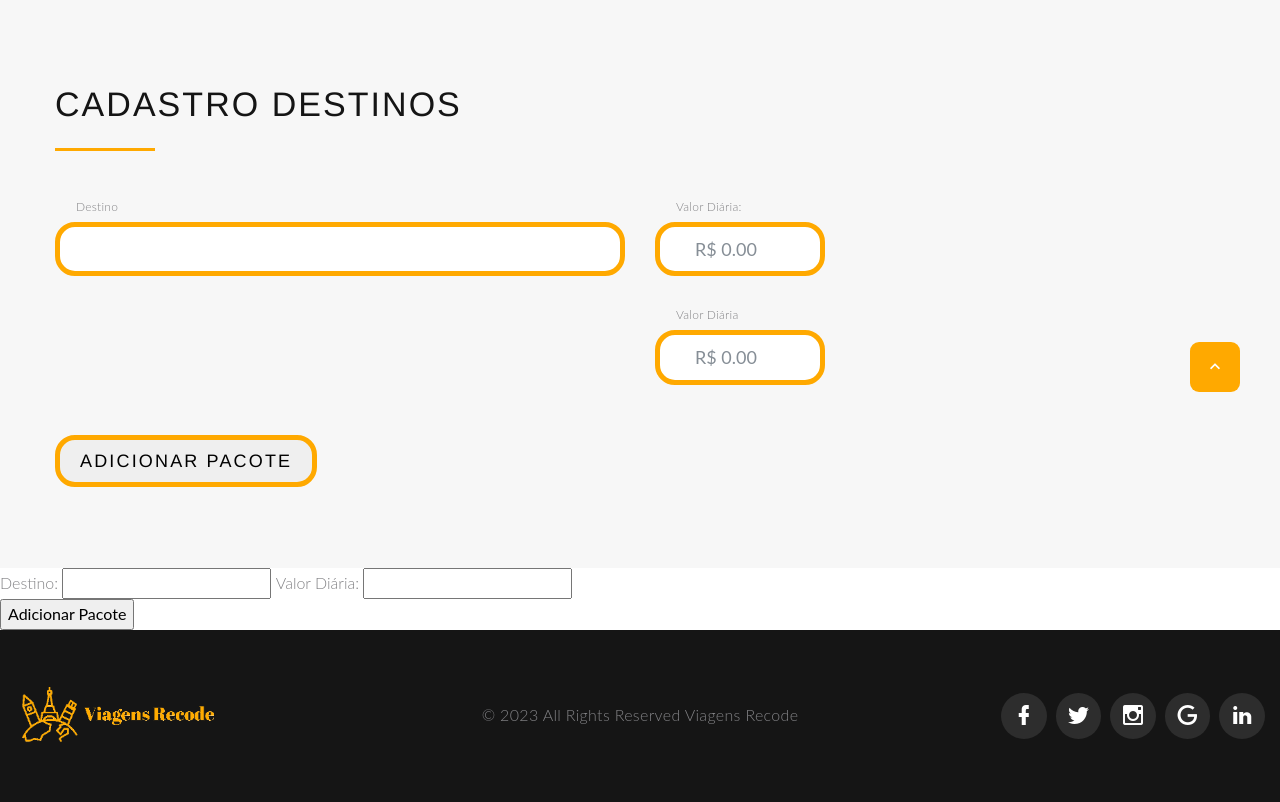
Repository: LiraS23/RecodePro2023-Modulo-4
Page: java/Modulo4/src/main/webapp/destinos.html
An editor plug-in stored every save of this project. The page is shown before and after the next save, followed by the edit.
The browser window is 1280 px wide. The pictures show the part of the page from y = 388 to 1190 px (the page is 1190 px tall before and 1165 px after).
Some web fonts or font styles are not loaded; a fallback is used.

Above is the page before, as saved 2023-10-28 16:27:35.

After the next save:
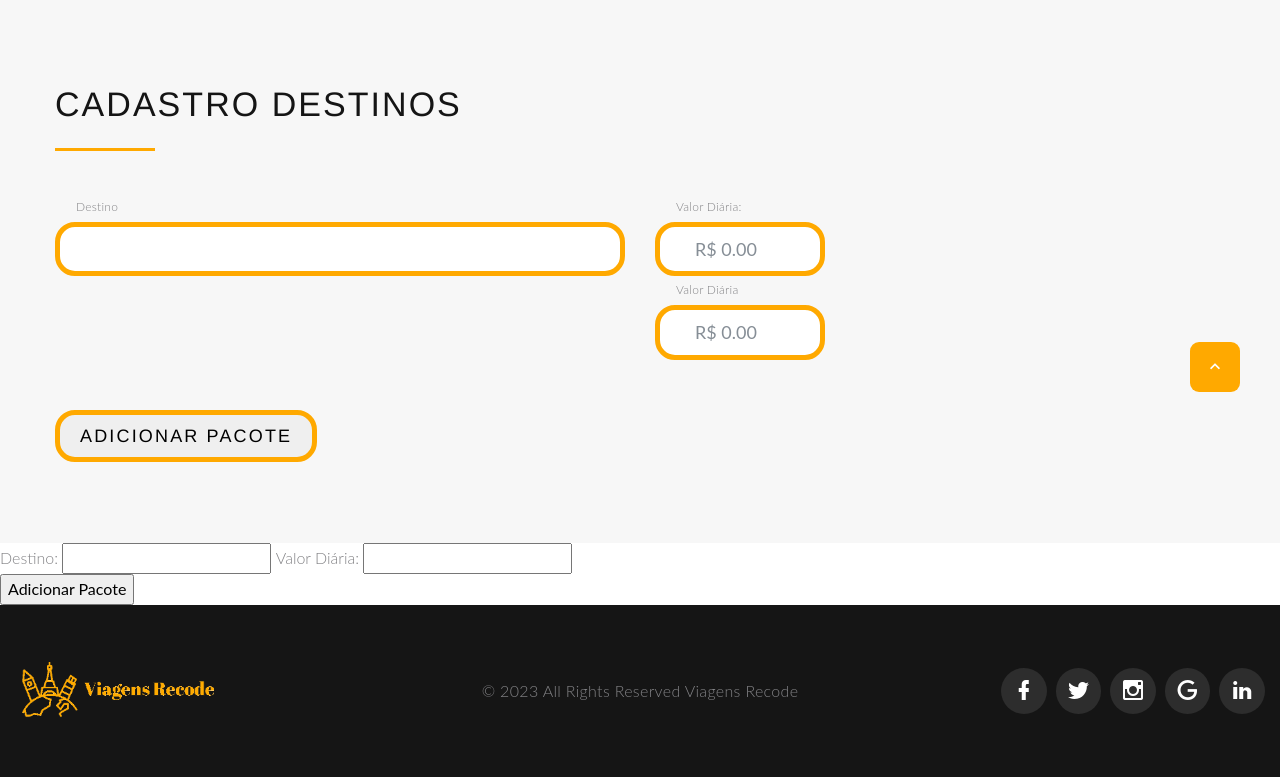
Saved 10 s later.
--- a/java/Modulo4/src/main/webapp/destinos.html
+++ b/java/Modulo4/src/main/webapp/destinos.html
@@ -100,7 +100,7 @@
 													Diária:</label>
 												<input class="form-control"
 													style="border: 5px solid #FFA900; border-radius: 20px;" type="text"
-													name="valorDiaria" placeholder="R$ 0.00" required><br>
+													name="valorDiaria" placeholder="R$ 0.00" required>
 
 												<label class="form-label-outside" for="valorDiaria">Valor Diária</label>
 												<input class="form-control"
